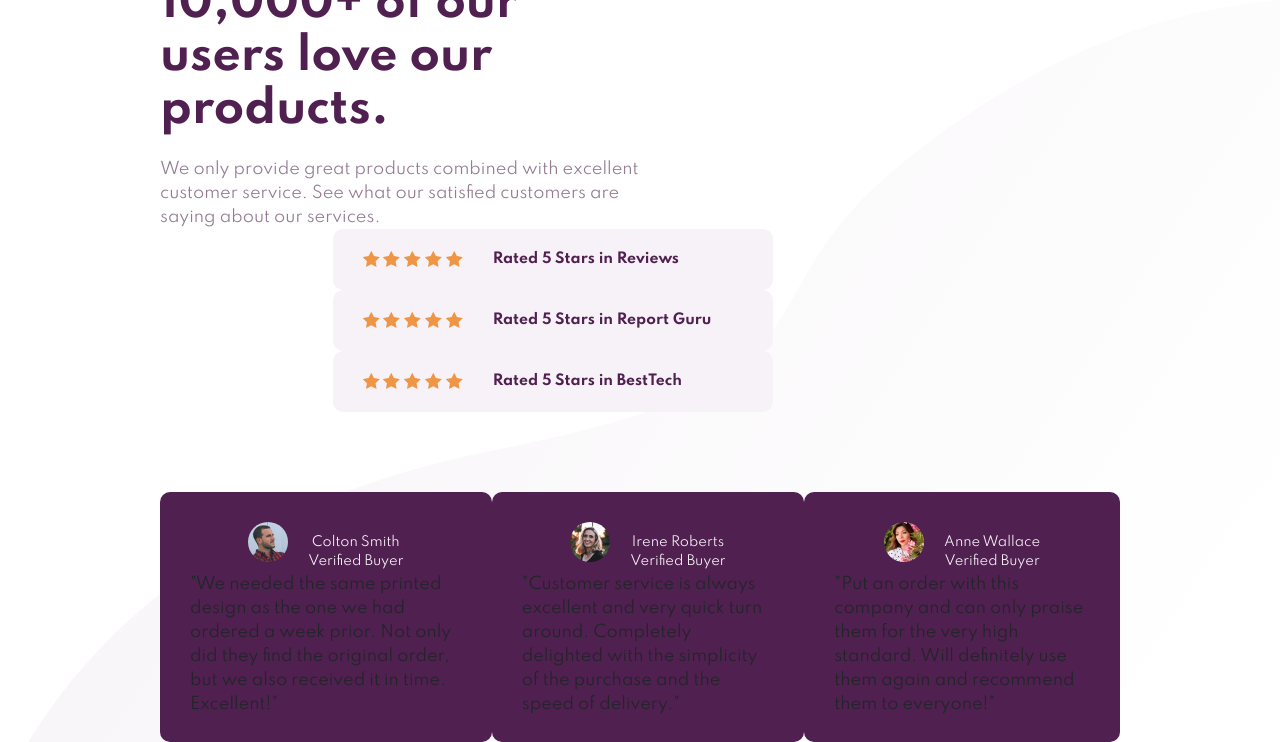
Repository: metehankasapp/social-proof-section-master
Page: index.html
These files come from the project's save history. The page is drawn as it stood at one moment and after the next save; the edit follows.
The browser window is 1280 px wide. The pictures show the whole page.
Some web libraries are served in a nearby version.

Above is the page before, as saved 2021-12-05 08:37:35.

After the next save:
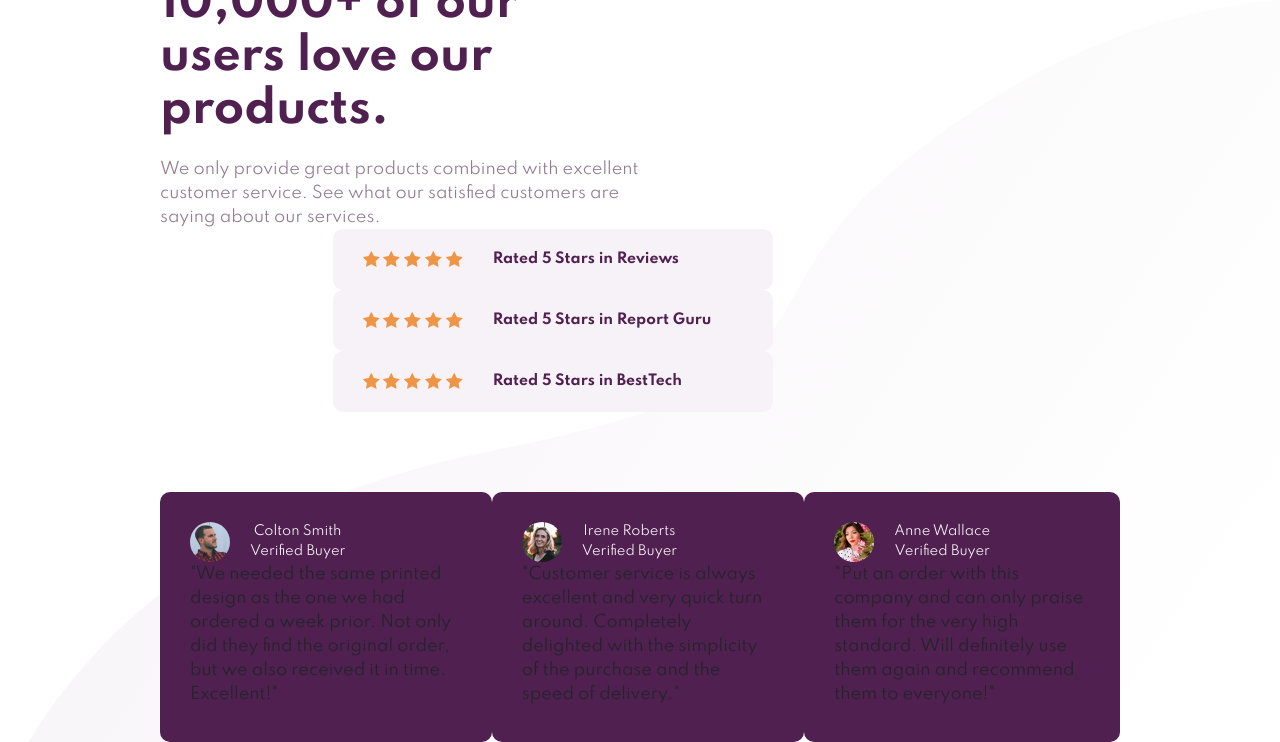
Saved 8 s later.
--- a/style.css
+++ b/style.css
@@ -78,8 +78,8 @@ body {
 .card-headerr {
   display: flex;
   flex-direction: row;
-  align-items: baseline;
-  justify-content: center;
+  align-items: center;
+  justify-content: baseline;
 
 }
 
